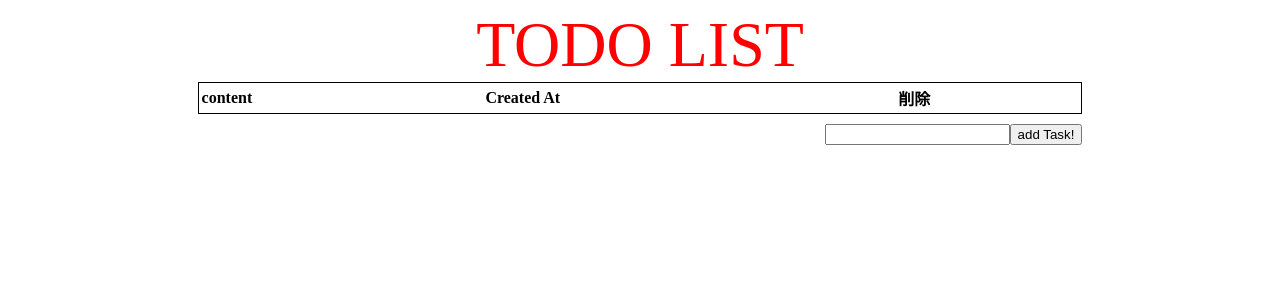
Repository: WistreHosshii/hacathon_todolList
Page: /
An editor plug-in stored every save of this project. The page is shown before and after the next save, followed by the edit.
The browser window is 1280 px wide. The pictures show the whole page.
The page's requests for data from a server got no answer. The project was rebuilt for these pictures with package versions that can differ from the ones it lists, and the page was loaded fresh each time. No one was signed in, and anything a server would have sent is missing.

Above is the page before, as saved 2019-06-11 00:26:19.

### index.html
<!DOCTYPE html>
<html lang="ja">

<head>
    <meta charset="UTF-8">
    <meta name="viewport" content="width=device-width, initial-scale=1.0">
    <meta http-equiv="X-UA-Compatible" content="ie=edge">
    <title>Document</title>
    <!-- <link rel="stylesheet" href="./index.css"> -->
</head>

<body>
    <div id="root"></div>
    <script src="./index.tsx"></script>
</body>

</html>

### App.tsx
import React, { Component } from 'react';
import { get, post, deleteTask } from './axios';
import styled from 'styled-components';

const CustomizedText = styled.div`
  font-size: 4rem;
  color: red;
  text-align: center;
`;
const Body = styled.div`
  width: 100%;
  font-size: 1rem;
`;
const JobTable = styled.table`
  text-align: left;
  margin: 0 auto;
  width: 100%;
  border: solid 1px black;
`;
const Button = styled.div`
  margin-top: 10px;
  float: right;
`;
const TableWrapper = styled.div`
  margin: 0 auto;
  width: 70%;
`;
interface Props {}
interface State {
  todos: Todo[];
  value: string;
}

export default class App extends Component<Props, State> {
  constructor(props: any) {
    super(props);
    this.state = {
      todos: [],
      value: '',
    };
    this.handleChange = this.handleChange.bind(this);
  }

  componentDidMount() {
    get().then(response => {
      const todos: Todo[] = response.data.todos;
      this.setState({ todos });
    });
  }
  addTaskHandler() {
    if (this.state.value !== '') {
      post(this.state.value).then(response => {
        const todo: Todo = response.data;
        this.setState(state => ({ todos: [...state.todos, todo] }));
        this.setState({ value: '' });
      });
    }
  }
  deleteTaskHandler(id: string) {
    deleteTask(id).then(response => {
      const todos = this.state.todos.filter(v => v.id !== id);
      this.setState({ todos });
    });
  }
  handleChange(event: any) {
    this.setState({ value: event.target.value });
  }

  render() {
    return (
      <Body>
        <div className="todoList">
          <CustomizedText>TODO LIST</CustomizedText>
          <TableWrapper>
            <JobTable>
              <tbody>
                <tr>
                  <th>content</th>
                  <th>Created At</th>
                  <th>削除</th>
                </tr>

                {this.state.todos.reverse().map((todo, i) => {
                  return (
                    <tr key={i}>
                      <td>{todo.content}</td>
                      <td>{new Date(todo.createdAt).toLocaleString()}</td>
                      <td>
                        <button
                          onClick={() => {
                            this.deleteTaskHandler(todo.id);
                          }}
                        >
                          削除!
                        </button>
                      </td>
                    </tr>
                  );
                })}
              </tbody>
            </JobTable>
            <Button className="computeTaskWrapper">
              <input type="text" value={this.state.value} onChange={this.handleChange} />
              <button
                className="btn"
                onClick={() => {
                  this.addTaskHandler();
                }}
              >
                add Task!
              </button>
            </Button>
          </TableWrapper>
        </div>
      </Body>
    );
  }
}

### axios.tsx
import axios from 'axios';
import App from './App';

const url = 'http://hackathon-test-server.jichoup.trap.show/';
export const get = () => {
  return axios.get(url);
};
export const post = (value: string) => {
  const content: TodoList.Post.Request = { content: value };
  return axios.post(url, content);
};
export const deleteTask = (_id: string) => {
  const id: TodoList.Delete.Request = { id: _id };
  return axios.delete(url, { data: id });
};

Loaded but not shown: index.tsx (common file)

After the next save:
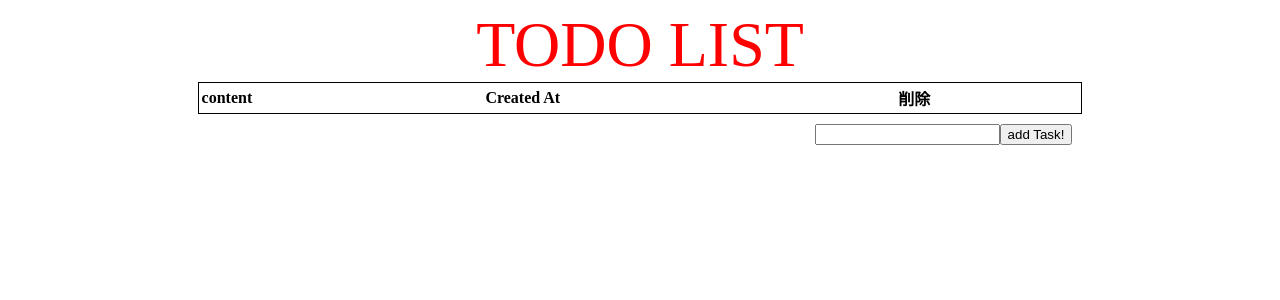
Saved 15 s later.
--- a/App.tsx
+++ b/App.tsx
@@ -18,7 +18,7 @@ const JobTable = styled.table`
   border: solid 1px black;
 `;
 const Button = styled.div`
-  margin-top: 10px;
+  padding: 10px;
   float: right;
 `;
 const TableWrapper = styled.div`
